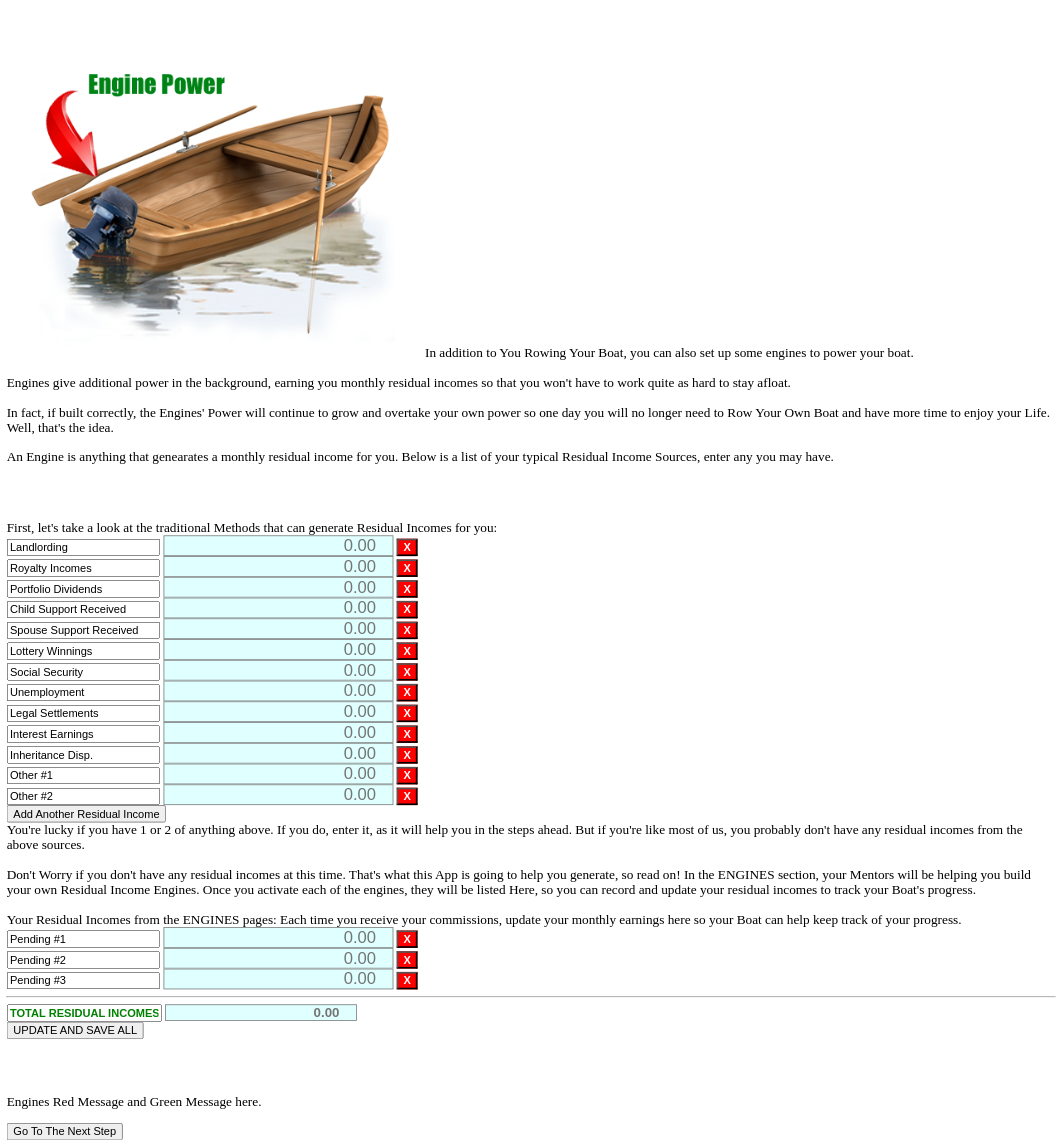
Repository: DevZubair/Danh-App
Page: www/templates/boat-engines.html
The author's editor kept a record of every edit. The page is drawn from the files as they stood at one moment, then again after the next edit.
The browser window is 1280 px wide. The pictures show the whole page, at 83% of full size.

Above is the page before.

### www/templates/boat-engines.html
<!--<ion-view view-title="Boat Weight">
  <ion-content>-->


    <div class="card">

      <div class="item item-divider item-royal">
        <h2 style="color:white">Your Engines</h2>
      </div>

      <div class="item item-text-wrap">
       <div class="row">
        <div class="col">
          <img src="img/BoatEnginePower.png" class="images-right-50"></img>
           In addition to You Rowing Your Boat, you can also set up some engines to power your boat.<br><br>

           Engines give additional power in the background, earning you monthly residual incomes so that you won't have to work quite as hard to stay afloat.<br><br>

           In fact, if built correctly, the Engines' Power will continue to grow and overtake your own power so one day you will no longer need to Row Your Own Boat and have more time to enjoy your Life.  Well, that's the idea.<br><br>

           An Engine is anything that genearates a monthly residual income for you.  Below is a list of your typical Residual Income Sources, enter any you may have.
        </div>
      </div>
      </div>

      <div class="item item-divider item-royal">
        <h2 style="color:white">Engines Estimator</h2>
      </div>

      <div class="item item-text-wrap">

        <span class="subtitle">First, let's take a look at the traditional Methods that can generate Residual Incomes for you: </span>

        <div class="list">

          <div class="row">
            <input class="col col-60 input-label" value="Landlording">
            <input class="col col-30" style="font-size: 20px; background-color:lightcyan; padding:0 5px; text-align:right; border:1px solid gray"  placeholder="0.00" type="number">
            <button class="col col-10" style="color:white; font-weight:bold; background-color:red">X</button>
          </div>

          <div class="row">
            <input class="col col-60 input-label" value="Royalty Incomes">
            <input class="col col-30" style="font-size: 20px; background-color:lightcyan; padding:0 5px; text-align:right; border:1px solid gray"  placeholder="0.00" type="number">
            <button class="col col-10" style="color:white; font-weight:bold; background-color:red">X</button>
          </div>

          <div class="row">
            <input class="col col-60 input-label" value="Portfolio Dividends">
            <input class="col col-30" style="font-size: 20px; background-color:lightcyan; padding:0 5px; text-align:right; border:1px solid gray"  placeholder="0.00" type="number">
            <button class="col col-10" style="color:white; font-weight:bold; background-color:red">X</button>
          </div>

          <div class="row">
            <input class="col col-60 input-label" value="Child Support Received">
            <input class="col col-30" style="font-size: 20px; background-color:lightcyan; padding:0 5px; text-align:right; border:1px solid gray"  placeholder="0.00" type="number">
            <button class="col col-10" style="color:white; font-weight:bold; background-color:red">X</button>
          </div>

          <div class="row">
            <input class="col col-60 input-label" value="Spouse Support Received">
            <input class="col col-30" style="font-size: 20px; background-color:lightcyan; padding:0 5px; text-align:right; border:1px solid gray"  placeholder="0.00" type="number">
            <button class="col col-10" style="color:white; font-weight:bold; background-color:red">X</button>
          </div>

          <div class="row">
            <input class="col col-60 input-label" value="Lottery Winnings">
            <input class="col col-30" style="font-size: 20px; background-color:lightcyan; padding:0 5px; text-align:right; border:1px solid gray"  placeholder="0.00" type="number">
            <button class="col col-10" style="color:white; font-weight:bold; background-color:red">X</button>
          </div>

          <div class="row">
            <input class="col col-60 input-label" value="Social Security">
            <input class="col col-30" style="font-size: 20px; background-color:lightcyan; padding:0 5px; text-align:right; border:1px solid gray"  placeholder="0.00" type="number">
            <button class="col col-10" style="color:white; font-weight:bold; background-color:red">X</button>
          </div>

          <div class="row">
            <input class="col col-60 input-label" value="Unemployment">
            <input class="col col-30" style="font-size: 20px; background-color:lightcyan; padding:0 5px; text-align:right; border:1px solid gray"  placeholder="0.00" type="number">
            <button class="col col-10" style="color:white; font-weight:bold; background-color:red">X</button>
          </div>

          <div class="row">
            <input class="col col-60 input-label" value="Legal Settlements">
            <input class="col col-30" style="font-size: 20px; background-color:lightcyan; padding:0 5px; text-align:right; border:1px solid gray"  placeholder="0.00" type="number">
            <button class="col col-10" style="color:white; font-weight:bold; background-color:red">X</button>
          </div>

          <div class="row">
            <input class="col col-60 input-label" value="Interest Earnings">
            <input class="col col-30" style="font-size: 20px; background-color:lightcyan; padding:0 5px; text-align:right; border:1px solid gray"  placeholder="0.00" type="number">
            <button class="col col-10" style="color:white; font-weight:bold; background-color:red">X</button>
          </div>

          <div class="row">
            <input class="col col-60 input-label" value="Inheritance Disp.">
            <input class="col col-30" style="font-size: 20px; background-color:lightcyan; padding:0 5px; text-align:right; border:1px solid gray"  placeholder="0.00" type="number">
            <button class="col col-10" style="color:white; font-weight:bold; background-color:red">X</button>
          </div>
        </div>

        <div class="row">
            <input class="col col-60 input-label" value="Other #1">
            <input class="col col-30" style="font-size: 20px; background-color:lightcyan; padding:0 5px; text-align:right; border:1px solid gray"  placeholder="0.00" type="number">
            <button class="col col-10" style="color:white; font-weight:bold; background-color:red">X</button>
          </div>

          <div class="row">
            <input class="col col-60 input-label" value="Other #2">
            <input class="col col-30" style="font-size: 20px; background-color:lightcyan; padding:0 5px; text-align:right; border:1px solid gray"  placeholder="0.00" type="number">
            <button class="col col-10" style="color:white; font-weight:bold; background-color:red">X</button>
          </div>
        </div>

<div class="row">
  <div class="col col-80">
    <button class="button button-block button-balanced" >Add Another Residual Income</button>
  </div>
</div>
          <div class="row">
            <div class="col">
               You're lucky if you have 1 or 2 of anything above.  If you do, enter it, as it will help you in the steps ahead.  But if you're like most of us, you probably don't have any residual incomes from the above sources.<br><br>

          Don't Worry if you don't have any residual incomes at this time.  That's what this App is going to help you generate, so read on! In the ENGINES section, your Mentors will be helping you build your own Residual Income Engines.  Once you activate each of the engines, they will be listed Here, so you can record and update your residual incomes to track your Boat's progress.<br><br>

          <span class="subtitle">Your Residual Incomes from the ENGINES pages:</span> Each time you receive your commissions, update your monthly earnings here so your Boat can help keep track of your progress.
            </div>

          </div>




        <div class="list">
          <div class="row">
            <input class="col col-50 input-label" value="Pending #1">
            <input class="col col-30" style="font-size: 20px; background-color:lightcyan; padding:0 5px; text-align:right; border:1px solid gray"  placeholder="0.00" type="number">
            <button class="col col-10" style="color:white; font-weight:bold; background-color:red">X</button>
          </div>

          <div class="row">
            <input class="col col-50 input-label" value="Pending #2">
            <input class="col col-30" style="font-size: 20px; background-color:lightcyan; padding:0 5px; text-align:right; border:1px solid gray"  placeholder="0.00" type="number">
            <button class="col col-10" style="color:white; font-weight:bold; background-color:red">X</button>
          </div>

          <div class="row">
            <input class="col col-50 input-label" value="Pending #3">
            <input class="col col-30" style="font-size: 20px; background-color:lightcyan; padding:0 5px; text-align:right; border:1px solid gray"  placeholder="0.00" type="number">
            <button class="col col-10" style="color:white; font-weight:bold; background-color:red">X</button>
          </div>

        </div>


            <hr>

        <div class="list">
          <div class="row">
            <input class="col col-50 input-label" value="TOTAL RESIDUAL INCOMES" style="color:green;font-weight:bold">
            <input class="col col-30" style="font-weight:bold; font-size: 16px; background-color:lightcyan; padding:0 5px; text-align:right; border:1px solid gray"  placeholder="0.00" type="number">
            <div class="col col-10"></div>
          </div>
        </div

<div class="row">
  <div class="col col-50">
    <button class="button button-block button-balanced" >UPDATE AND SAVE ALL</button>
  </div>
</div>


      <div class="item item-divider item-royal">
        <h2 style="color:white">Your Engines Summary</h2>
      </div>

            <div class="item item-text-wrap">
        <p>
        Engines Red Message and Green Message here.</p>
      </div>

    </div>

    <div class="padding">
      <button class="button button-balanced icon-right ion-chevron-right button-Next">Go To The Next Step</button>
    </div>

  <!--<ion-content>
</ion-view>-->

After the next edit:
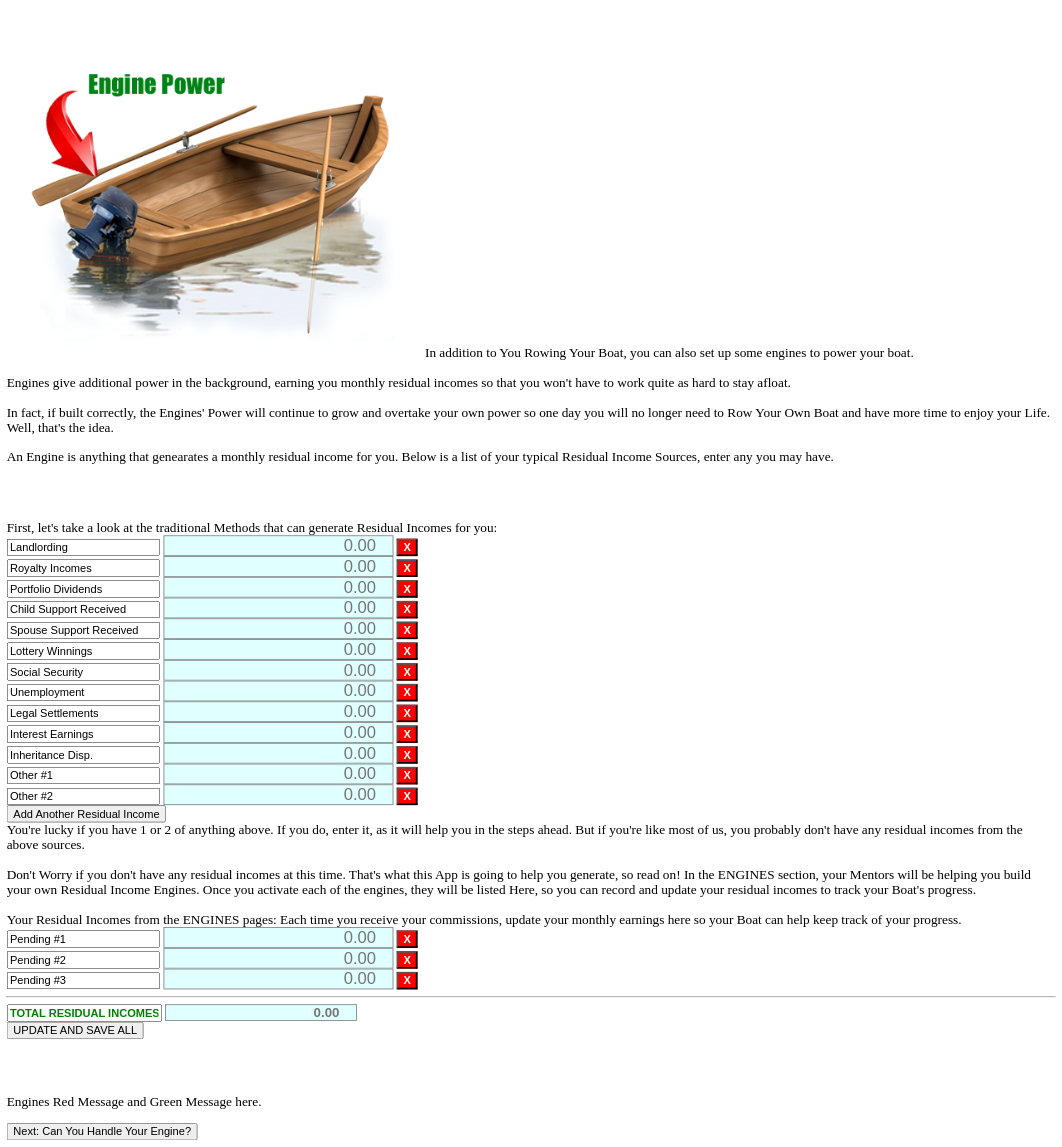
The edit:
--- a/www/templates/boat-engines.html
+++ b/www/templates/boat-engines.html
@@ -183,7 +183,7 @@
     </div>
 
     <div class="padding">
-      <button class="button button-balanced icon-right ion-chevron-right button-Next">Go To The Next Step</button>
+      <button class="button button-balanced icon-right ion-chevron-right button-Next" ui-sref="members.boat.engineWeight">Next: Can You Handle Your Engine?</button>
     </div>
 
   <!--<ion-content>
